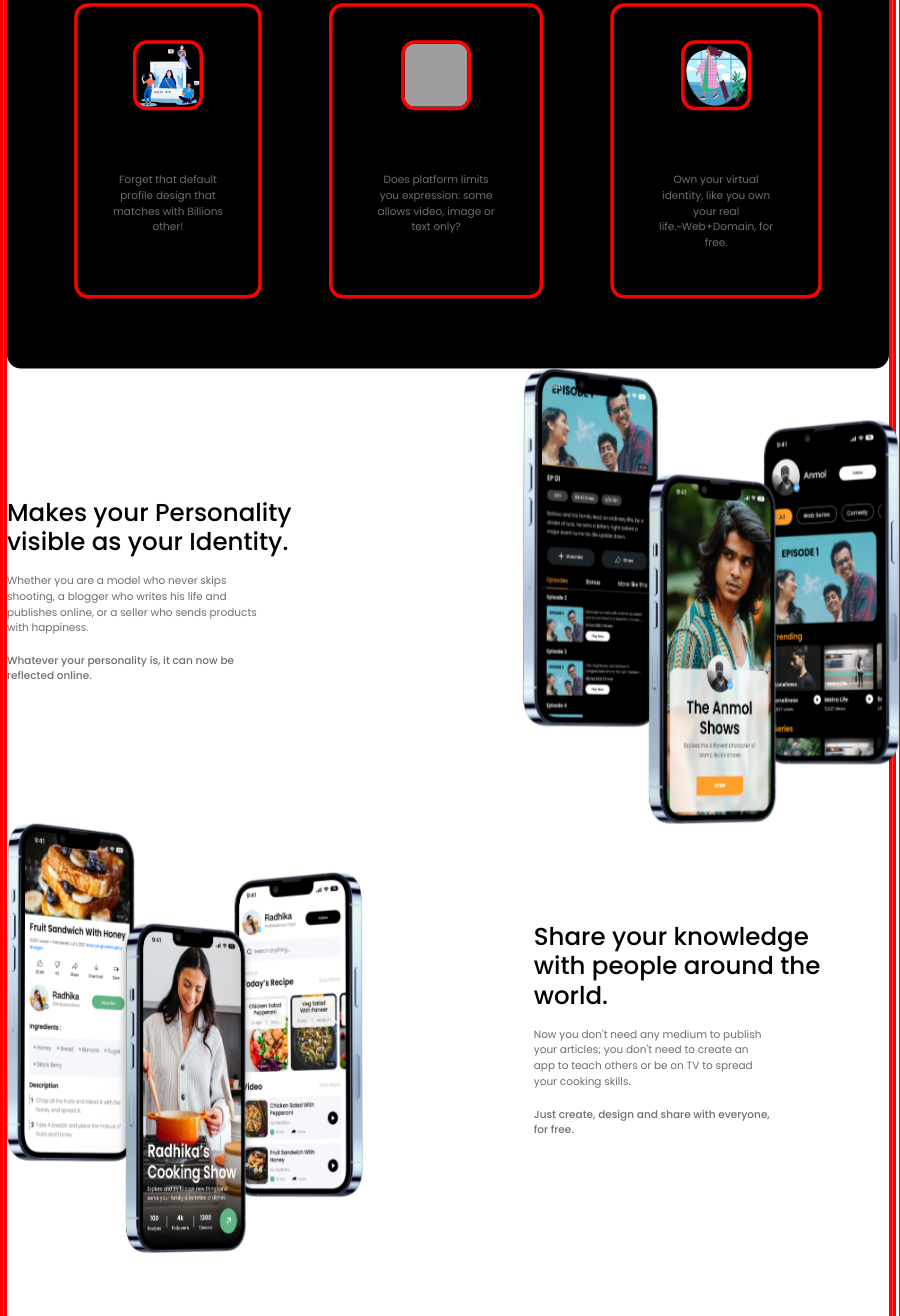
Repository: itsmesikandar/swavy.in.github.io
Page: index.html
An editor plug-in stored every save of this project. The page is shown before and after the next save, followed by the edit.
The browser window is 1280 px wide. The page is 1285 px wide, so the pictures cover 1285 px, including what lies to the right of the window. The pictures show the part of the page from y = 991 to 2871 px (the page is 5017 px tall before and 5077 px after), at 70% of full size.
Pictures or frames that could not be fetched are drawn as grey boxes.

Above is the page before, as saved 2023-02-22 22:31:29.
Console error: TypeError: Cannot read properties of undefined (reading 'fn')

After the next save:
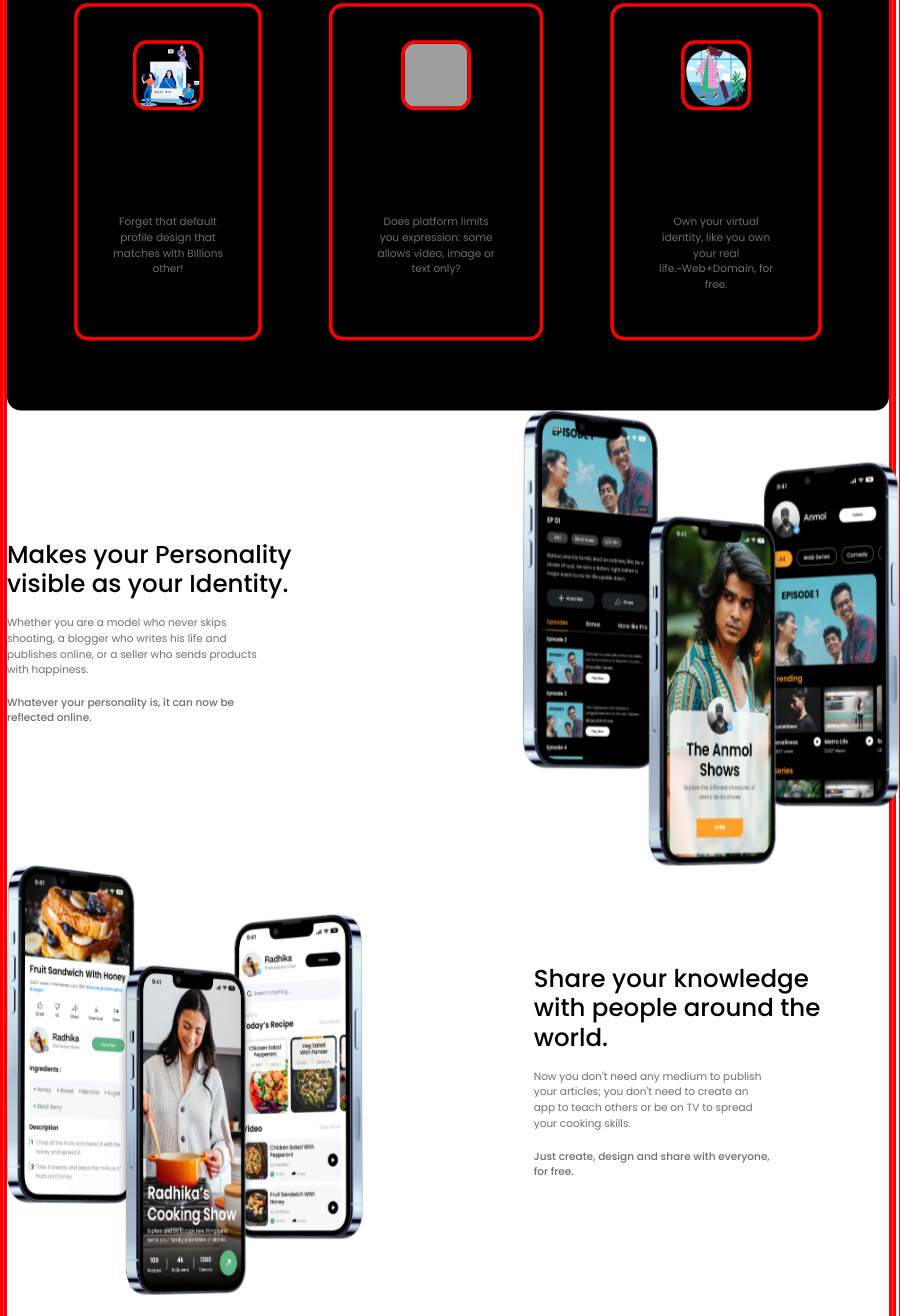
Saved 68 s later.
--- a/index.html
+++ b/index.html
@@ -78,14 +78,14 @@
               <div class="grid-margin d-flex justify-content-center border-to mx-5">
                 <div class="features-width text-center py-5">
                   <img class="border-to" src="images/nomore.png" width="100" height="100" alt="" class="img-icons">
-                  <h5 class="py-3">No More<br>Default Profiles</h5>
+                  <h3 class="py-3">No More<br>Default Profiles</h3>
                   <p class="text-muted">Forget that default profile design that matches with Billions other!</p>
                 </div>
               </div>
               <div class="grid-margin d-flex justify-content-center border-to mx-5">
                 <div class="features-width text-center py-5">
                   <img class="border-to" src="images/noplatform.jpg" width="100" height="100" alt="" class="img-icons">
-                  <h5 class="py-3">No Need of<br>Different Platform</h5>
+                  <h3 class="py-3">No Need of<br>Different Platform</h3>
                   <p class="text-muted">Does platform limits you expression: some allows video, image or text only?
                   </p>
                 </div>
@@ -93,7 +93,7 @@
               <div class="grid-margin d-flex justify-content-center border-to mx-5">
                 <div class="features-width text-center py-5">
                   <img class="border-to" src="images/tenent.png" width="100" height="100" alt="" class="img-icons">
-                  <h5 class="py-3">No need to live<br>as Tenant</h5>
+                  <h3 class="py-3">No need to live<br>as Tenant</h3>
                   <p class="text-muted">Own your virtual identity, like you own your real life.~Web+Domain, for free.</p>
                 </div>
               </div>
